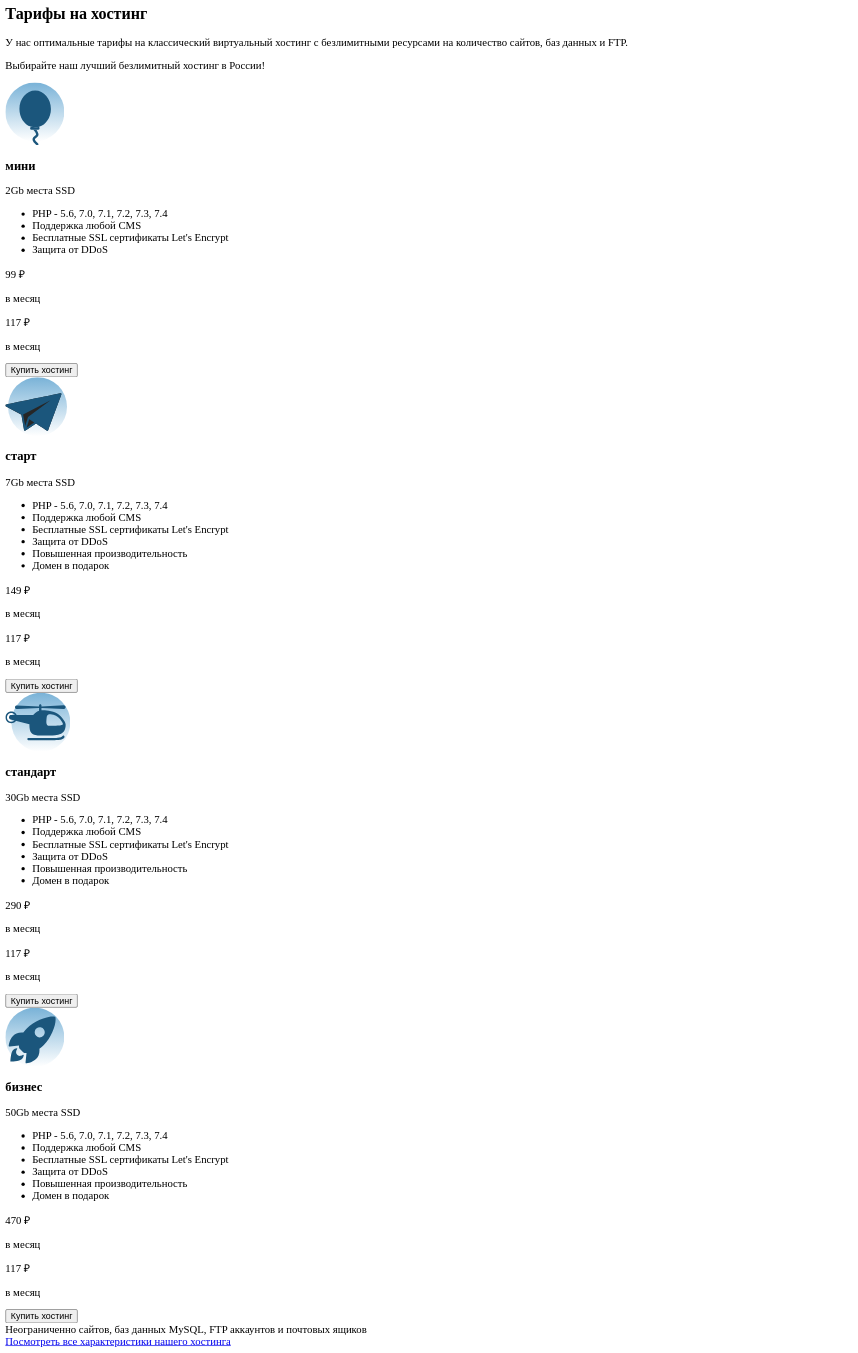
Repository: Inzhir2022/hosting
Page: src/_includes/_tariffs.html
An editor plug-in stored every save of this project. The page is shown before and after the next save, followed by the edit.
The browser window is 1280 px wide. The pictures show the whole page, at 67% of full size.

Above is the page before, as saved 2022-07-19 13:38:19.

### src/_includes/_tariffs.html
<section class="tariffs">
  <div class="container">
    <h2 class="tariffs__title">Тарифы на хостинг</h2>
    <div class="tariffs__text">
      <p>У нас оптимальные тарифы на классический виртуальный хостинг с безлимитными ресурсами на количество сайтов, баз данных и FTP.</p>
      <p>Выбирайте наш лучший <span class="tariffs__text_bold"> безлимитный</span> хостинг в России!</p>
    </div>
    <div class="card tariffs__card mini">
      <div class="card__header">
        <img src="../img/tariffs/tariffs_mini.svg" alt="icon">
        <h3 class="card__title">мини</h3>
      </div>
      <div class="card__body">
        <div class="card__subheader">2Gb места SSD </div>
        <ul class="card__list">
          <li class="card__item card__item_first">PHP - 5.6, 7.0, 7.1, 7.2, 7.3, 7.4</li>
          <li class="card__item card__item_second">Поддержка любой CMS</li>
          <li class="card__item card__item_third">Бесплатные SSL сертификаты Let's Encrypt</li>
          <li class="card__item card__item_fourth">Защита от DDoS</li>
        </ul>
        <div class="card__footer">
          <div class="card__price">
            <div class="new-price">
              <div class="new-price-bg"></div>
              <p class="new-price__title">99 ₽</p>
              <p class="new-price__minitext">в месяц</p>
            </div>
            <div class="old-price">
              <p class="old-price__title">117 ₽</p>
              <p class="old-price__minitext">в месяц</p>
            </div>
            <button class="btn card__btn">Купить хостинг</button>
          </div>
        </div>
      </div>
    </div>
    <div class="card tariffs__card start">
      <div class="card__header">
        <img src="../img/tariffs/tariffs_start.svg" alt="icon">
        <h3 class="card__title">старт</h3>
      </div>
      <div class="card__body">
        <div class="card__subheader">7Gb места SSD</div>
        <ul class="card__list">
          <li class="card__item card__item_first">PHP - 5.6, 7.0, 7.1, 7.2, 7.3, 7.4</li>
          <li class="card__item card__item_second">Поддержка любой CMS</li>
          <li class="card__item card__item_third">Бесплатные SSL сертификаты Let's Encrypt</li>
          <li class="card__item card__item_fourth">Защита от DDoS</li>
          <li class="card__item card__item_fifth">Повышенная производительность</li>
          <li class="card__item card__item_sixth">Домен в подарок</li>
        </ul>
        <div class="card__footer">
          <div class="card__price">
            <div class="new-price">
              <div class="new-price-bg"></div>
              <p class="new-price__title">149 ₽ </p>
              <p class="new-price__minitext">в месяц</p>
            </div>
            <div class="old-price">
              <p class="old-price__title">117 ₽</p>
              <p class="old-price__minitext">в месяц</p>
            </div>
          </div>
          <button class="btn card__btn">Купить хостинг</button>
        </div>
      </div>
    </div>
    <div class="card tariffs__card standart">
      <div class="card__header">
        <img src="../img/tariffs/tariffs_standart.svg" alt="icon">
        <h3 class="card__title">стандарт</h3>
      </div>
      <div class="card__body">
        <div class="card__subheader">30Gb места SSD</div>
        <ul class="card__list">
          <li class="card__item card__item_first">PHP - 5.6, 7.0, 7.1, 7.2, 7.3, 7.4</li>
          <li class="card__item card__item_second">Поддержка любой CMS</li>
          <li class="card__item card__item_third">Бесплатные SSL сертификаты Let's Encrypt</li>
          <li class="card__item card__item_fourth">Защита от DDoS</li>
          <li class="card__item card__item_fifth">Повышенная производительность</li>
          <li class="card__item card__item_sixth">Домен в подарок</li>
        </ul>
        <div class="card__footer">
          <div class="card__price">
            <div class="new-price">
              <div class="new-price-bg"></div>
              <p class="new-price__title">290 ₽</p>
              <p class="new-price__minitext">в месяц</p>
            </div>
            <div class="old-price">
              <p class="old-price__title">117 ₽</p>
              <p class="old-price__minitext">в месяц</p>
            </div>
          </div>
          <button class="btn card__btn">Купить хостинг</button>
        </div>
      </div>
    </div>
    <div class="card tariffs__card business">
      <div class="card__header">
        <img src="../img/tariffs/tariffs_business.svg" alt="icon">
        <h3 class="card__title">бизнес</h3>
      </div>
      <div class="card__body">
        <div class="card__subheader">50Gb места SSD</div>
        <ul class="card__list">
          <li class="card__item card__item_first">PHP - 5.6, 7.0, 7.1, 7.2, 7.3, 7.4</li>
          <li class="card__item card__item_second">Поддержка любой CMS</li>
          <li class="card__item card__item_third">Бесплатные SSL сертификаты Let's Encrypt</li>
          <li class="card__item card__item_fourth">Защита от DDoS</li>
          <li class="card__item card__item_fifth">
            Повышенная производительность</li>
          <li class="card__item card__item_sixth">Домен в подарок</li>
        </ul>
        <div class="card__footer">
          <div class="card__price">
            <div class="new-price">
              <div class="new-price-bg"></div>
              <p class="new-price__title">470 ₽</p>
              <p class="new-price__minitext">в месяц</p>
            </div>
            <div class="old-price">
              <p class="old-price__title">117 ₽</p>
              <p class="old-price__minitext">в месяц</p>
            </div>
          </div>
          <button class="btn card__btn">Купить хостинг</button>
        </div>
      </div>
    </div>
    <div class="card__descr">
      Неограниченно сайтов, баз данных MySQL, FTP аккаунтов и почтовых ящиков</div>
    <div class="tariffs__link-more">
      <a href="#">Посмотреть все характеристики нашего хостинга</a>
    </div>
  </div>
</section>

After the next save:
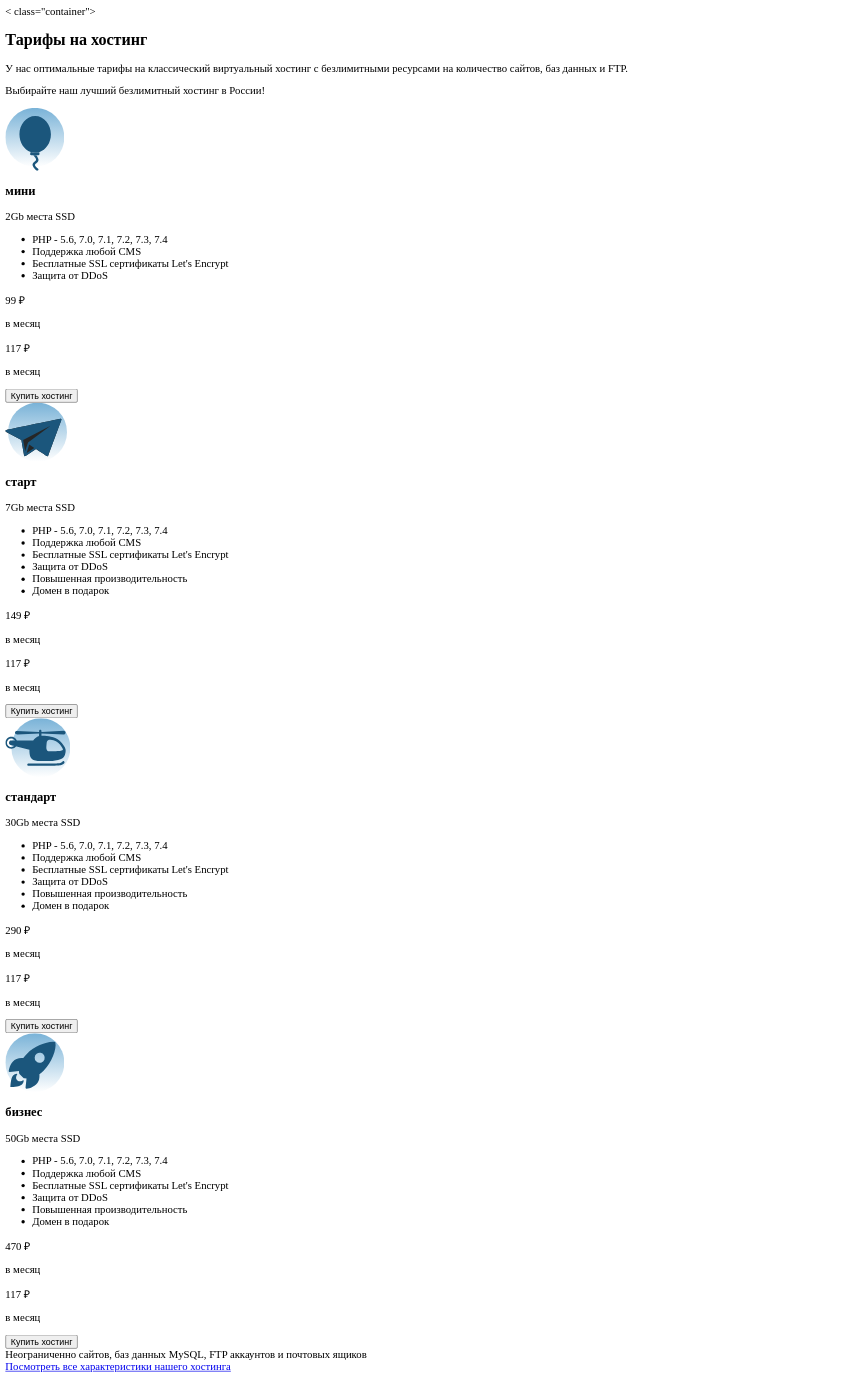
Saved 11 s later.
--- a/src/_includes/_tariffs.html
+++ b/src/_includes/_tariffs.html
@@ -1,5 +1,5 @@
 <section class="tariffs">
-  <div class="container">
+  < class="container">
     <h2 class="tariffs__title">Тарифы на хостинг</h2>
     <div class="tariffs__text">
       <p>У нас оптимальные тарифы на классический виртуальный хостинг с безлимитными ресурсами на количество сайтов, баз данных и FTP.</p>
@@ -133,5 +133,5 @@
     <div class="tariffs__link-more">
       <a href="#">Посмотреть все характеристики нашего хостинга</a>
     </div>
-  </div>
+    </div>
 </section>

After the save that followed:
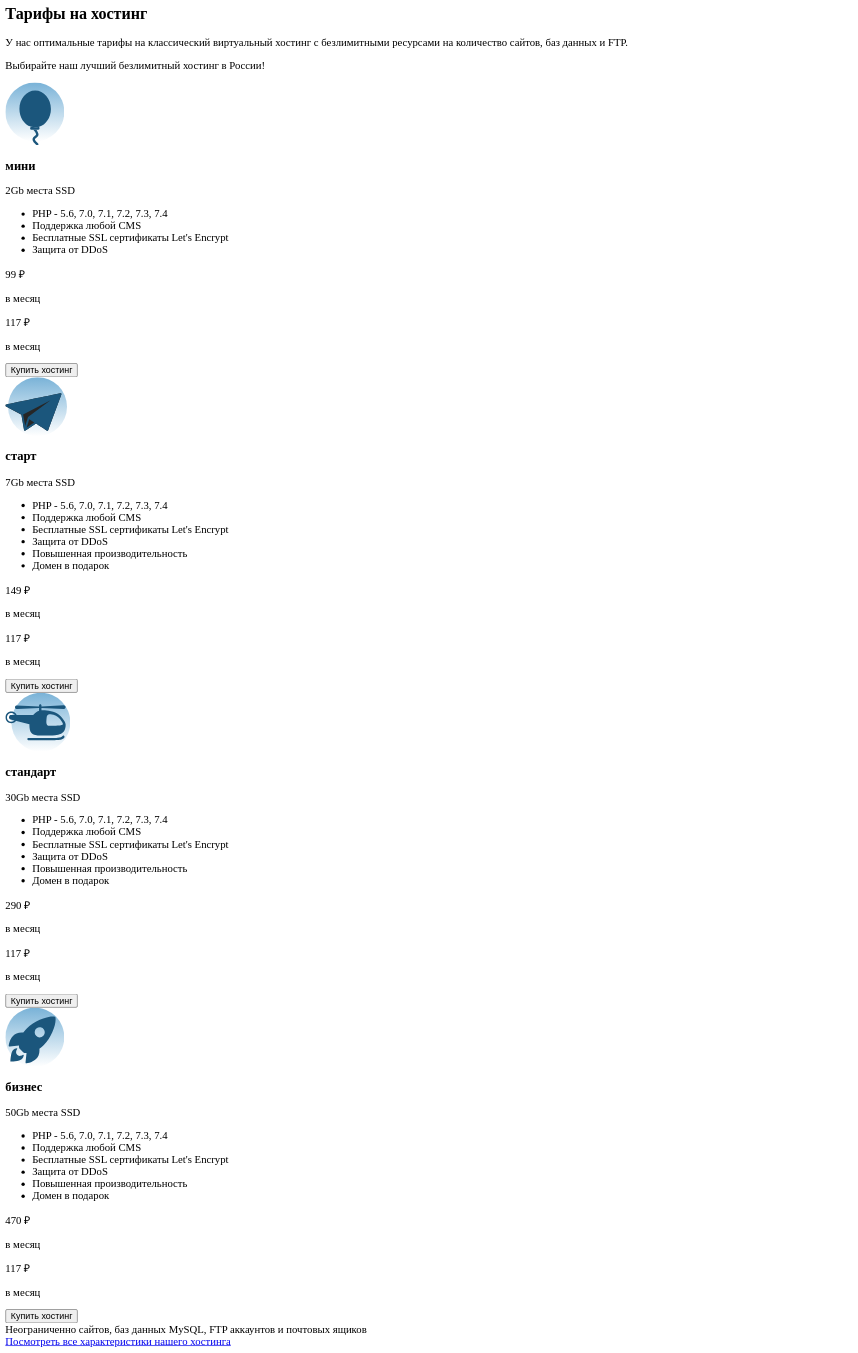
Saved 74 s later.
--- a/src/_includes/_tariffs.html
+++ b/src/_includes/_tariffs.html
@@ -1,5 +1,5 @@
 <section class="tariffs">
-  < class="container">
+  <div class="container">
     <h2 class="tariffs__title">Тарифы на хостинг</h2>
     <div class="tariffs__text">
       <p>У нас оптимальные тарифы на классический виртуальный хостинг с безлимитными ресурсами на количество сайтов, баз данных и FTP.</p>
@@ -133,5 +133,5 @@
     <div class="tariffs__link-more">
       <a href="#">Посмотреть все характеристики нашего хостинга</a>
     </div>
-    </div>
+  </div>
 </section>
